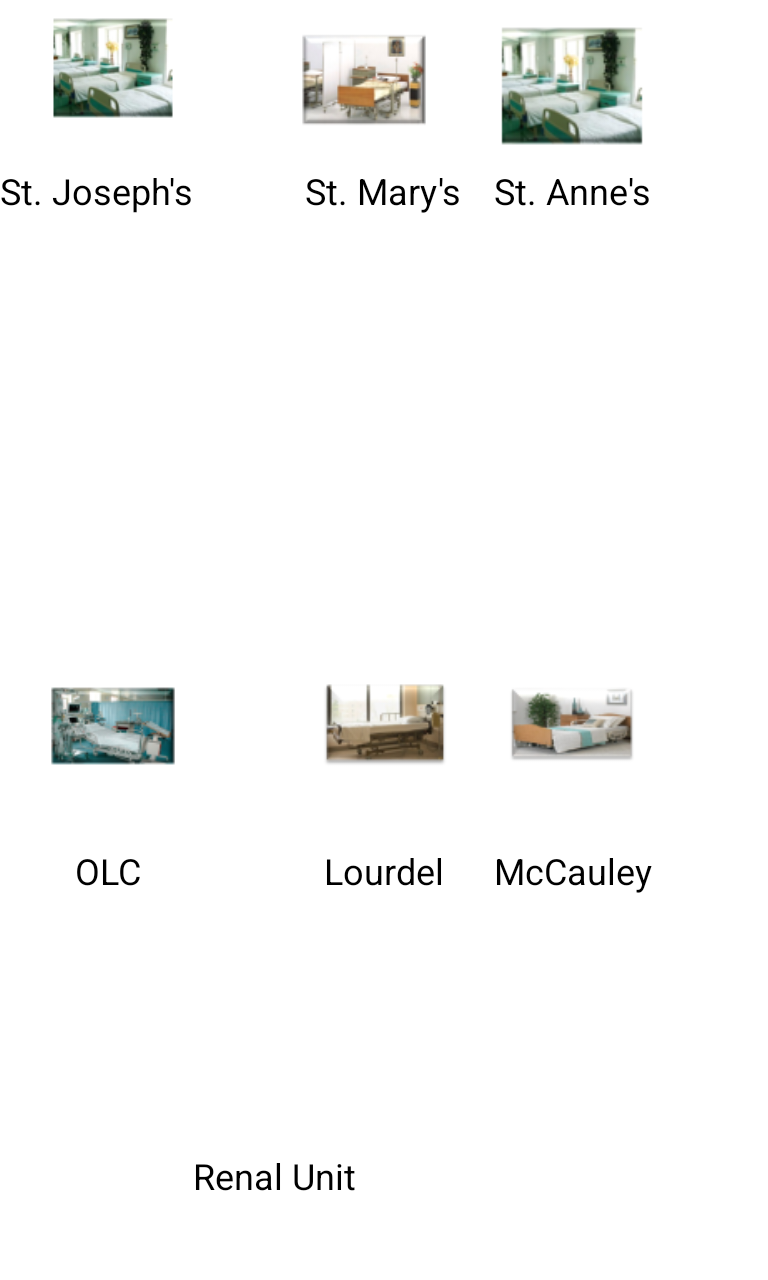
Repository: erwasambo/greendevelopment
Layout: GreenDevelopment/NASCuisine/res/layout/patientdash.xml
These files come from the project's save history. The layout is drawn as it stood at one moment and after the next save; the edit follows.
It is drawn on a 768 x 1280 px phone screen (xhdpi) without system bars, with theme AppTheme; the app's code is not run.

Above is the layout before, as saved 2013-12-03 04:40:22.

After the next save:
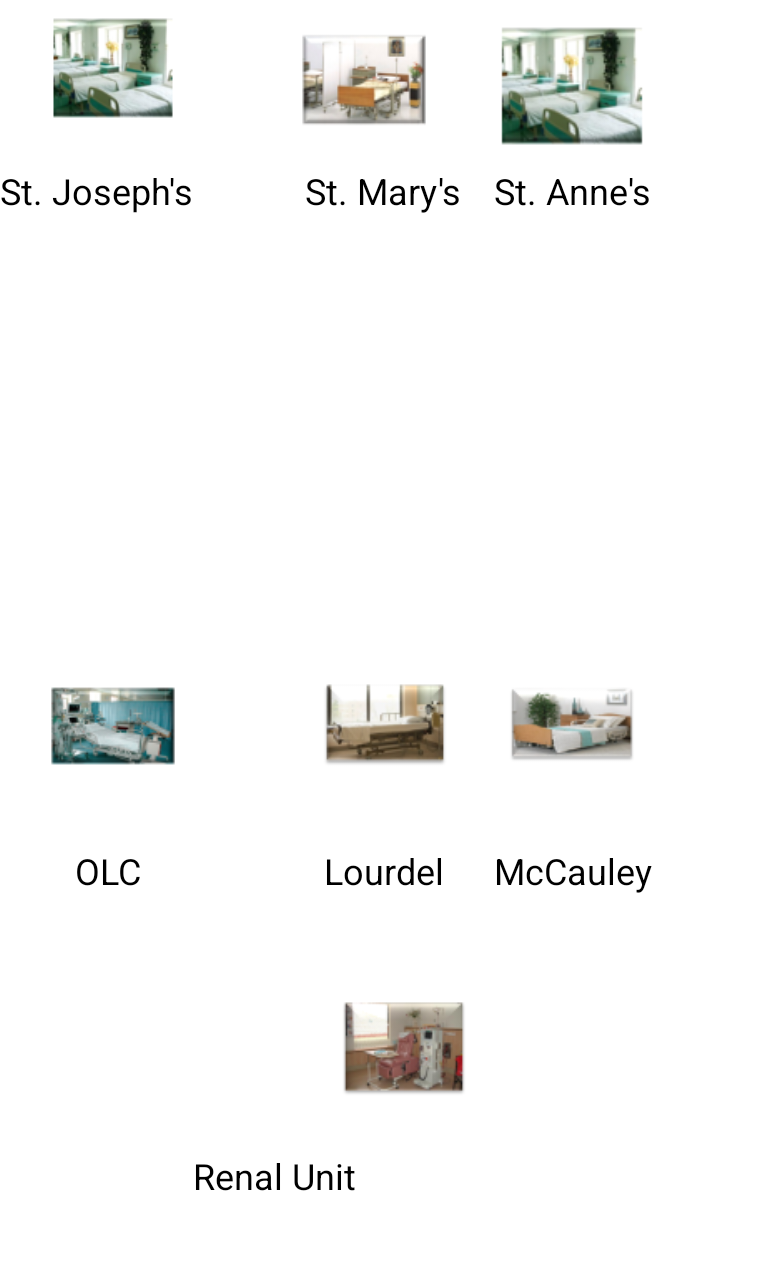
Saved 27 s later.
--- a/GreenDevelopment/NASCuisine/res/layout/patientdash.xml
+++ b/GreenDevelopment/NASCuisine/res/layout/patientdash.xml
@@ -125,4 +125,13 @@
         android:layout_alignTop="@+id/imageView5"
         android:src="@drawable/mccauley" />
 
+    <ImageView
+        android:id="@+id/imageView7"
+        android:layout_width="80dp"
+        android:layout_height="80dp"
+        android:layout_alignLeft="@+id/textView5"
+        android:layout_below="@+id/textView5"
+        android:layout_marginTop="37dp"
+        android:src="@drawable/renal" />
+
 </RelativeLayout>
